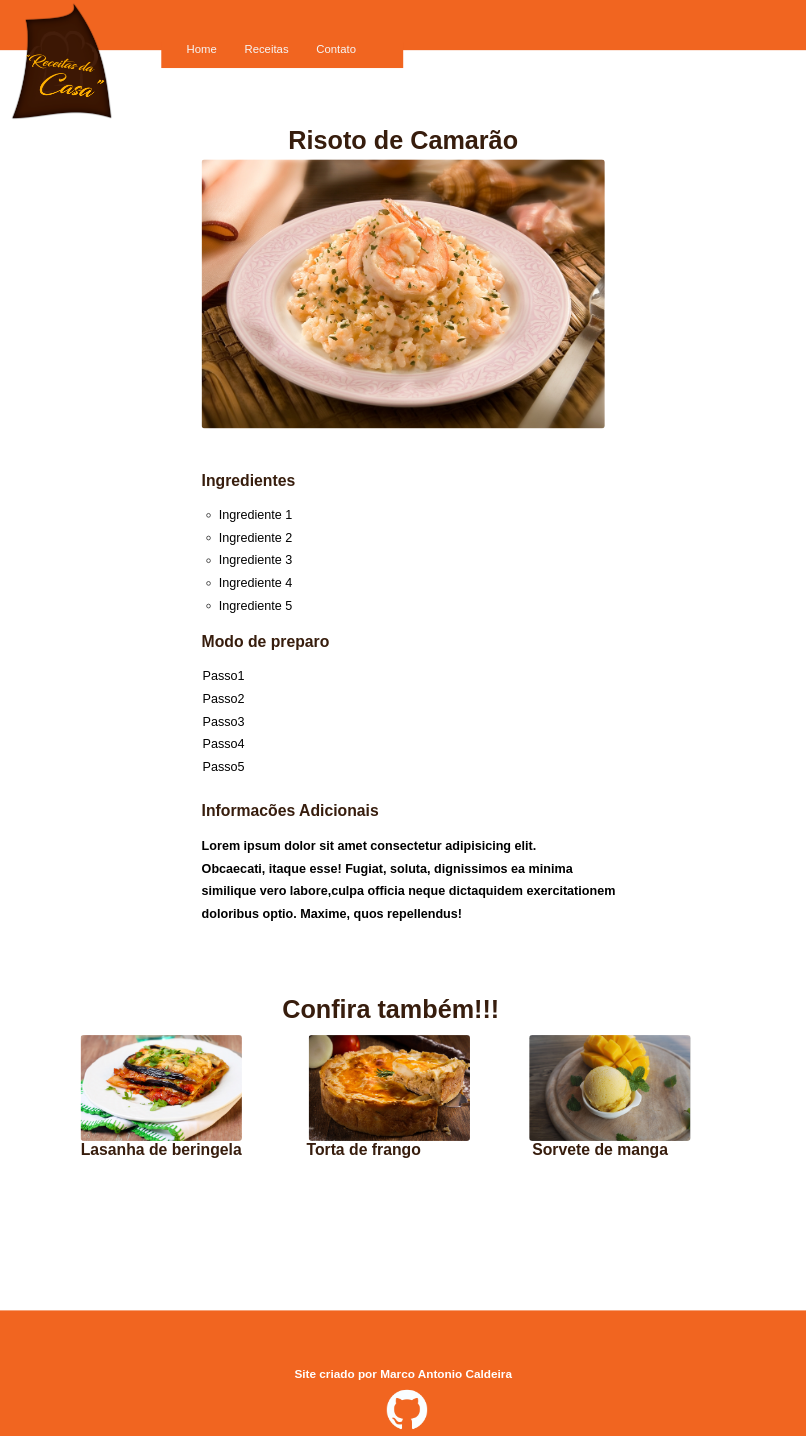
Repository: MarcoantonioCaldeira/Aprendizados-e-Conhecimentos
Page: Receitas da Casa/index.html
The author's editor kept a copy of each file at every save. The page is drawn from the files as they stood at one save, then again after the next save.
The browser window is 1280 px wide. The pictures show the whole page, at 63% of full size.

Above is the page before, as saved 2022-05-29 23:11:48.

After the next save:
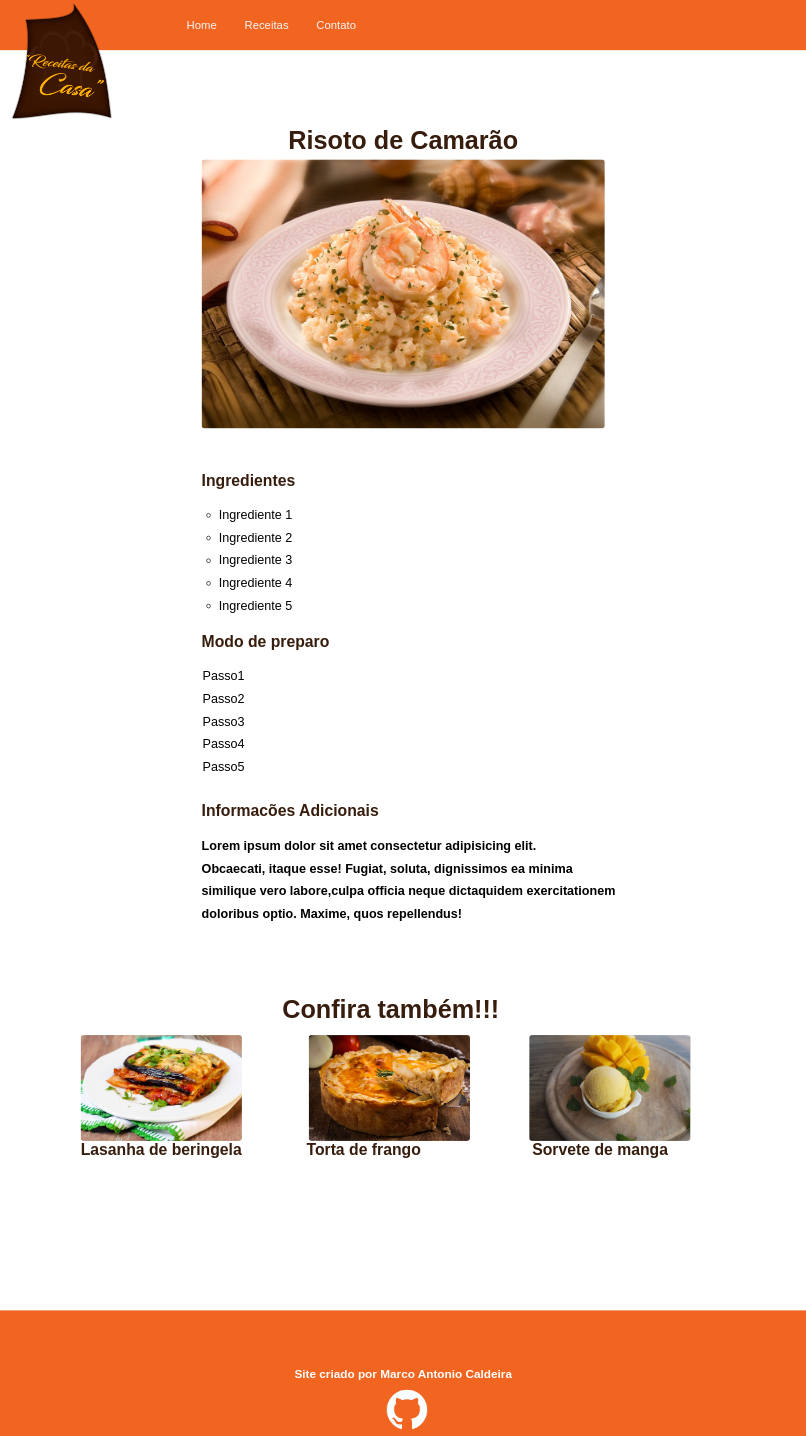
Saved 14 s later.
--- a/Receitas da Casa/css/fonts.css
+++ b/Receitas da Casa/css/fonts.css
@@ -9,7 +9,7 @@ h1{
   height: 40px;
   width: 30%;
   margin-left: 20%;
-  margin-top: -10%;
+  margin-top: -13%;
 }
 
 .ul-topo{
